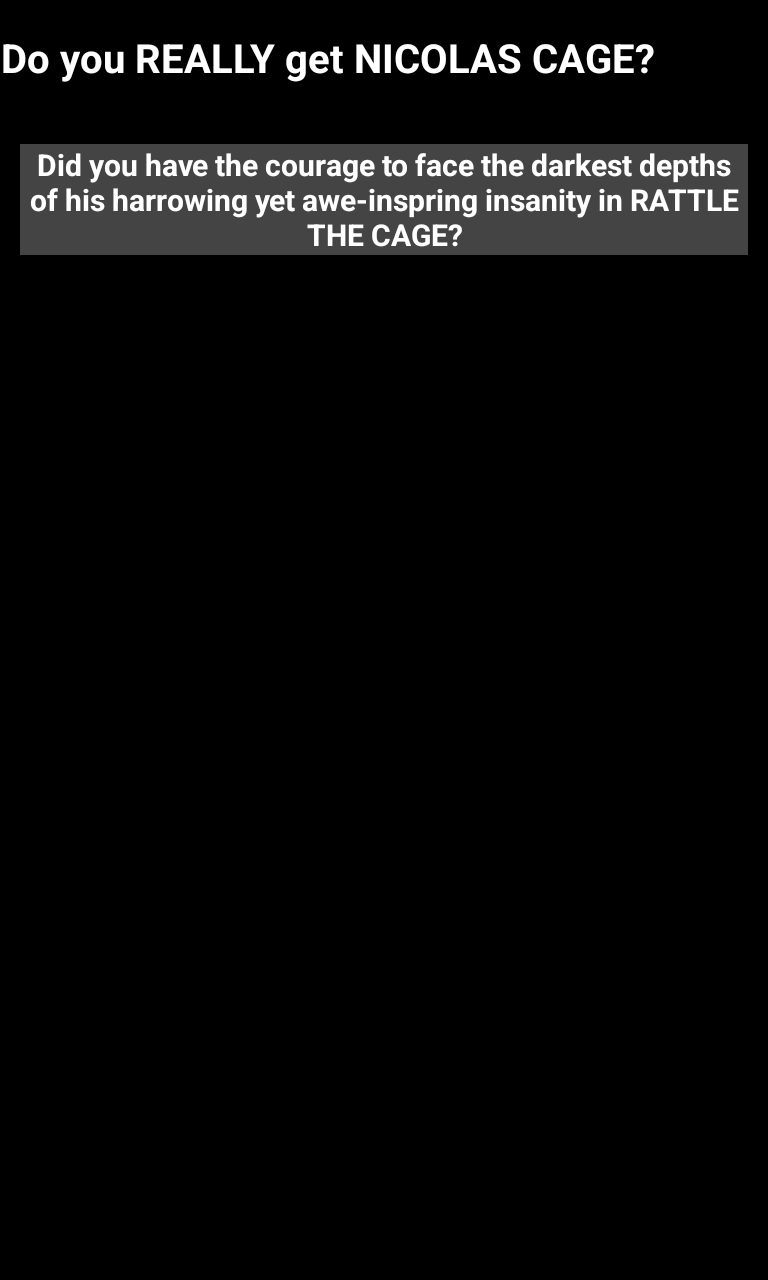
Repository: kylenicola/NicCageMobileApp
Layout: NicolasCageApp/res/layout/activity_score_menu.xml
These files come from the project's save history. The layout is drawn as it stood at one moment and after the next save; the edit follows.
It is drawn on a 768 x 1280 px phone screen (xhdpi) without system bars, with theme AppTheme; the app's code is not run.

Above is the layout before, as saved 2014-12-04 02:16:28.

After the next save:
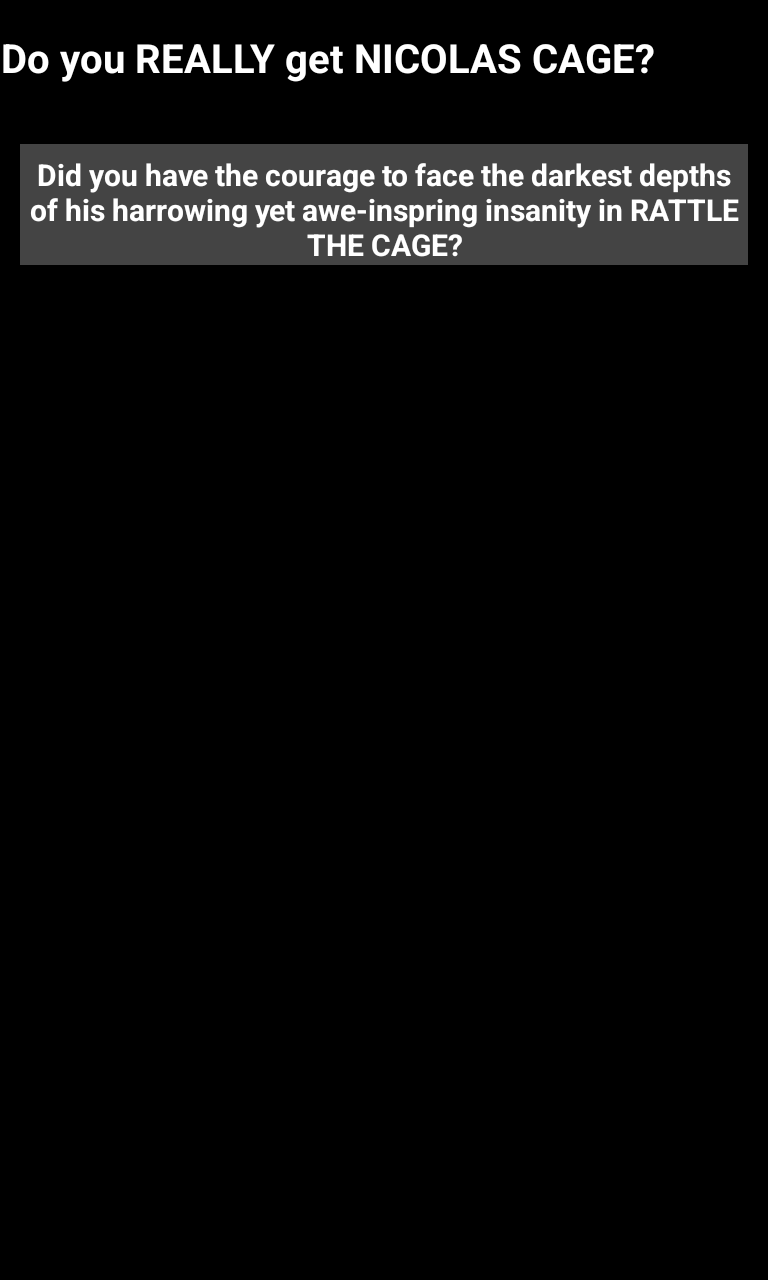
Saved 103 s later.
--- a/NicolasCageApp/res/layout/activity_score_menu.xml
+++ b/NicolasCageApp/res/layout/activity_score_menu.xml
@@ -25,6 +25,7 @@
 	    android:layout_marginTop="30dp"
 	    android:layout_marginLeft="10dp"
 	    android:layout_marginRight="10dp"
+	    android:paddingTop="5dp"
 	    android:background="#ff444444"
 	    android:text="@string/rattle_the_cage_score_description"
 	    android:textColor="@android:color/white"
